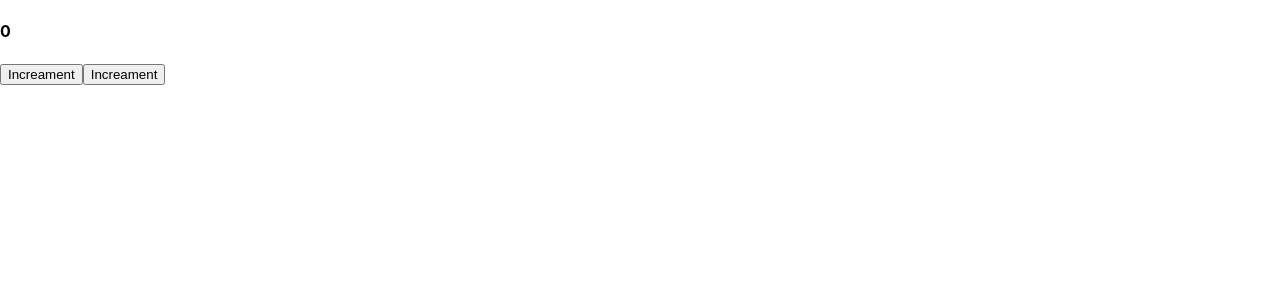
Repository: nir-github01/Reactjs
Page: / (app in counterapp/)
The author's editor kept a copy of each file at every save. The page is drawn from the files as they stood at one save, then again after a run of saves.
The browser window is 1280 px wide. The pictures show the whole page.
The project was rebuilt for these pictures with package versions that can differ from the ones it lists, and the page was loaded fresh each time.

Above is the page before, as saved 2023-03-01 14:16:19.

### counterapp/src/App.js
// import logo from './logo.svg';
// import './App.css';

import { useState } from "react";




function App() {

  // const [count, setCount] = useState(0)  // normal condition

  //More accureate condition
  const [count, setCount] = useState(()=>{
    console.log('useState Excuted');
    return 0;
  })

  function increament(){
    // setCount(count + 1); // Normal Condition
    // setCount(count + 1);

    setCount((count)=>{count + 1}); //For Syncronous functionality
    setCount((count)=>{count + 1});
  }

  function decreament(){
    // setCount(count + 1); // Normal Condition
    // setCount(count + 1);

    setCount((count)=>{count + 1}); //For Syncronous functionality
    setCount((count)=>{count + 1});
  }
  return (
    <div className="App">
        <h4>{count}</h4>
        <button onClick={increament}>Increament</button>
        <button onClick={decreament}>Increament</button>
    </div>
  );
}

export default App;

Loaded but not shown: counterapp/public/index.html (common file); counterapp/src/index.js (common file); counterapp/src/index.css (common file); counterapp/src/reportWebVitals.js (common file)

After the next 2 saves:
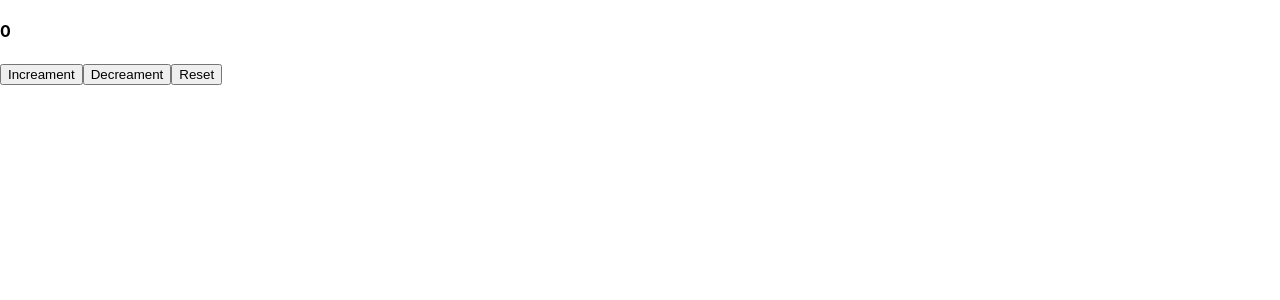
The 2 saves are shown as one change because 1 did not build or start.
The last was saved 118 s later.
--- a/counterapp/src/App.js
+++ b/counterapp/src/App.js
@@ -28,14 +28,23 @@ function App() {
     // setCount(count + 1); // Normal Condition
     // setCount(count + 1);
 
-    setCount((count)=>{count + 1}); //For Syncronous functionality
-    setCount((count)=>{count + 1});
+    setCount((count)=>{count - 1}); //For Syncronous functionality
+    setCount((count)=>{count - 1});
+  }
+
+  function reset(){
+    // setCount(count + 1); // Normal Condition
+    // setCount(count + 1);
+
+    setCount((count)=>{ count = 0}); //For Syncronous functionality
+    setCount((count)=>{count = 0});
   }
   return (
     <div className="App">
         <h4>{count}</h4>
         <button onClick={increament}>Increament</button>
-        <button onClick={decreament}>Increament</button>
+        <button onClick={decreament}>Decreament</button>
+        <button onClick={reset}>Reset</button>
     </div>
   );
 }
